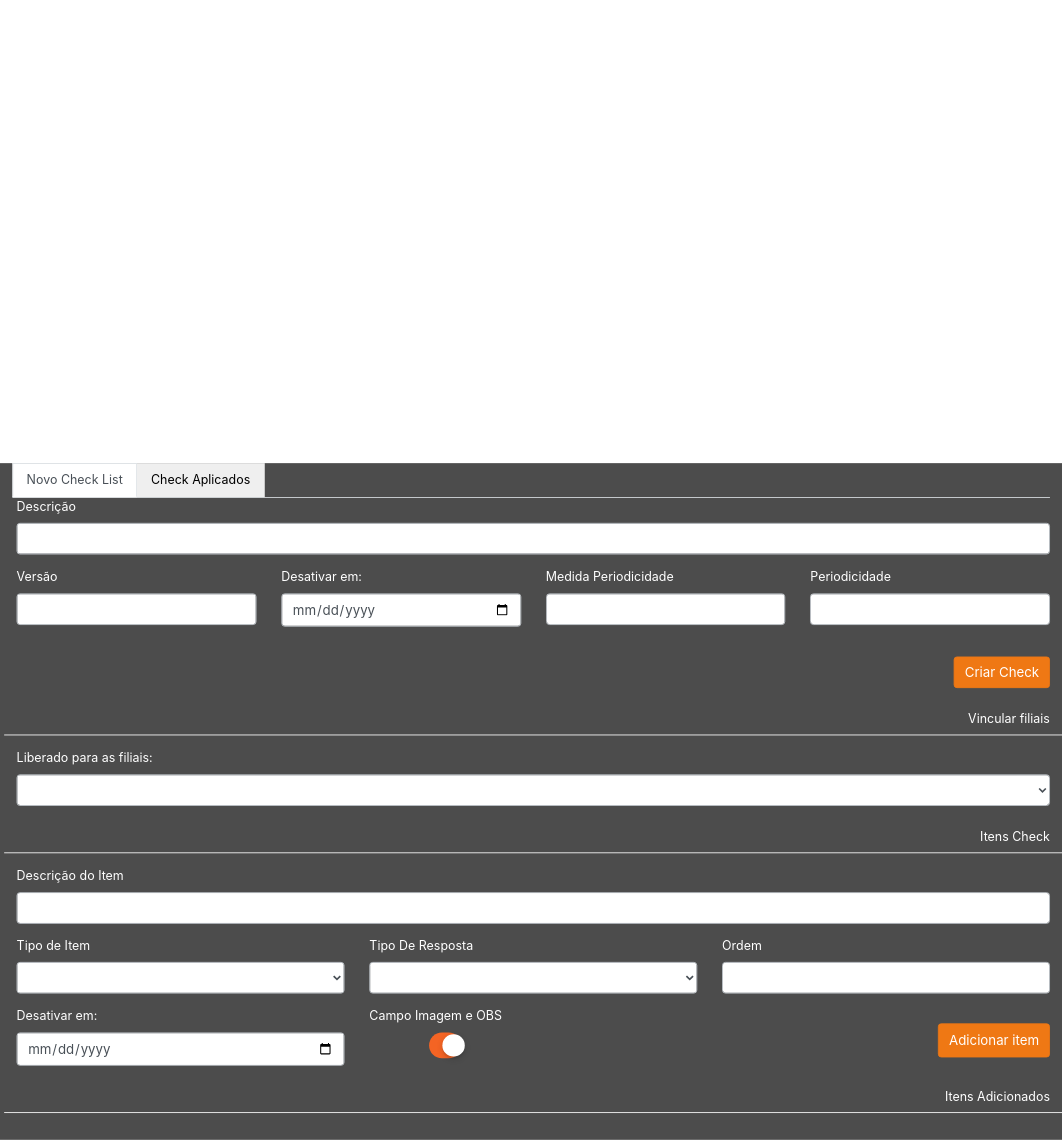
Repository: Conlog-SA/portal_operacional
Page: apps/safety_layout_checklist_app/templates/safety_layout_checklist_app/form_cad_layout_checklist.html
These files come from the project's save history. The page is drawn as it stood at one moment and after the next save; the edit follows.
The browser window is 1280 px wide. The pictures show the whole page, at 83% of full size.
The template is drawn by Django 3.2. The application's start-up code is not run. The template is opened directly, without the code that normally fills it, so the values that code supplies are empty.

Above is the page before, as saved 2023-11-17 08:57:20.

After the next save:
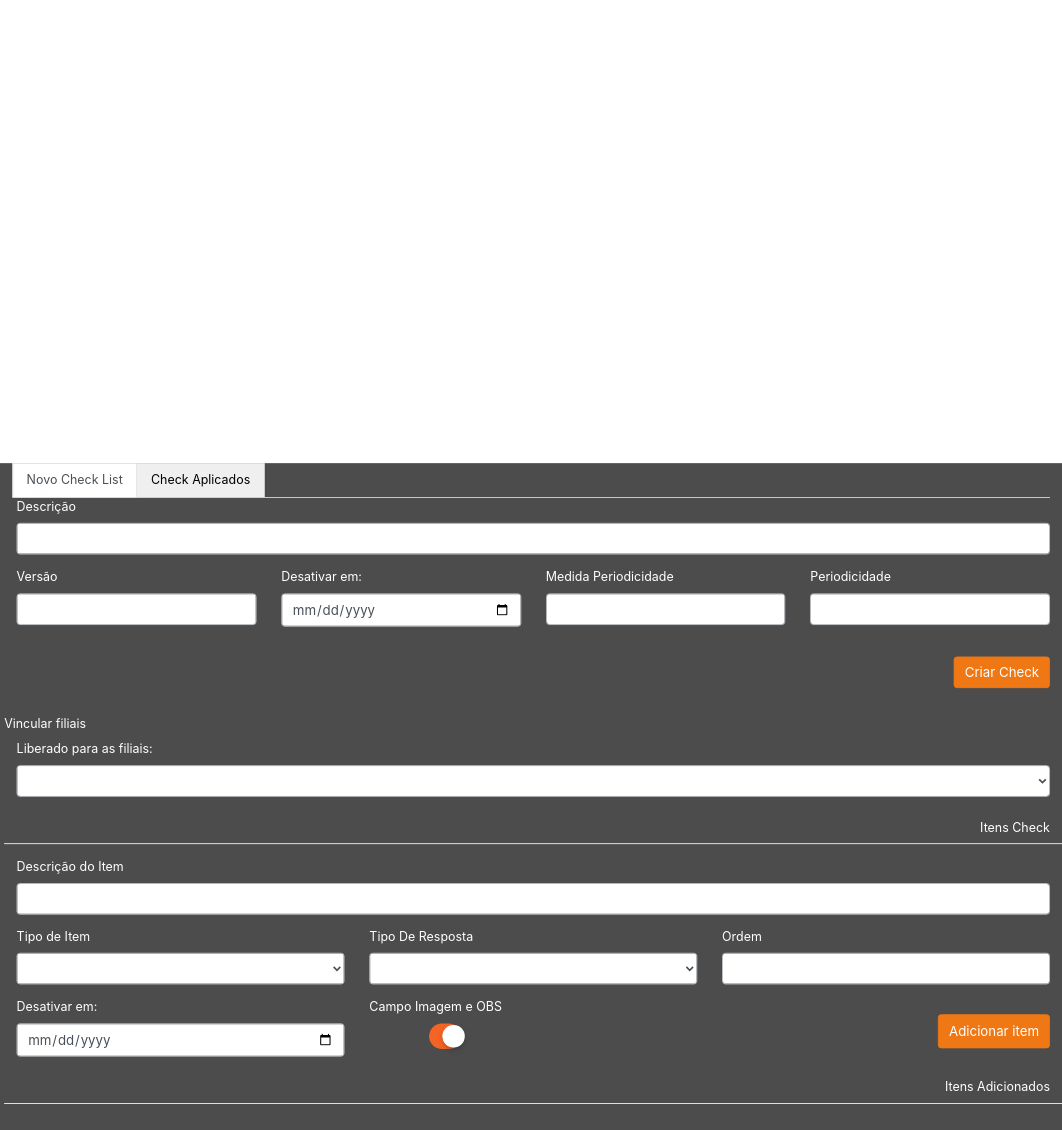
Saved 2 min 20 s later.
--- a/apps/safety_layout_checklist_app/templates/safety_layout_checklist_app/form_cad_layout_checklist.html
+++ b/apps/safety_layout_checklist_app/templates/safety_layout_checklist_app/form_cad_layout_checklist.html
@@ -68,7 +68,7 @@
                                  <i class="fa-solid fa-folder-plus"></i>
                                   Criar Check </button>
                              </div>
-                             <div class="form-group col-sm-12 d-flex justify-content-end divider">
+                             <div class="d-flex justify-content-between align-items-between mt-3 w-100">
                                 <label><i class="fa-solid fa-code-compare"></i>Vincular filiais</label>
                              </div>
                              <div class="form-group col-sm-12 d-flex align-items-start" style="margin-bottom:0px;">
